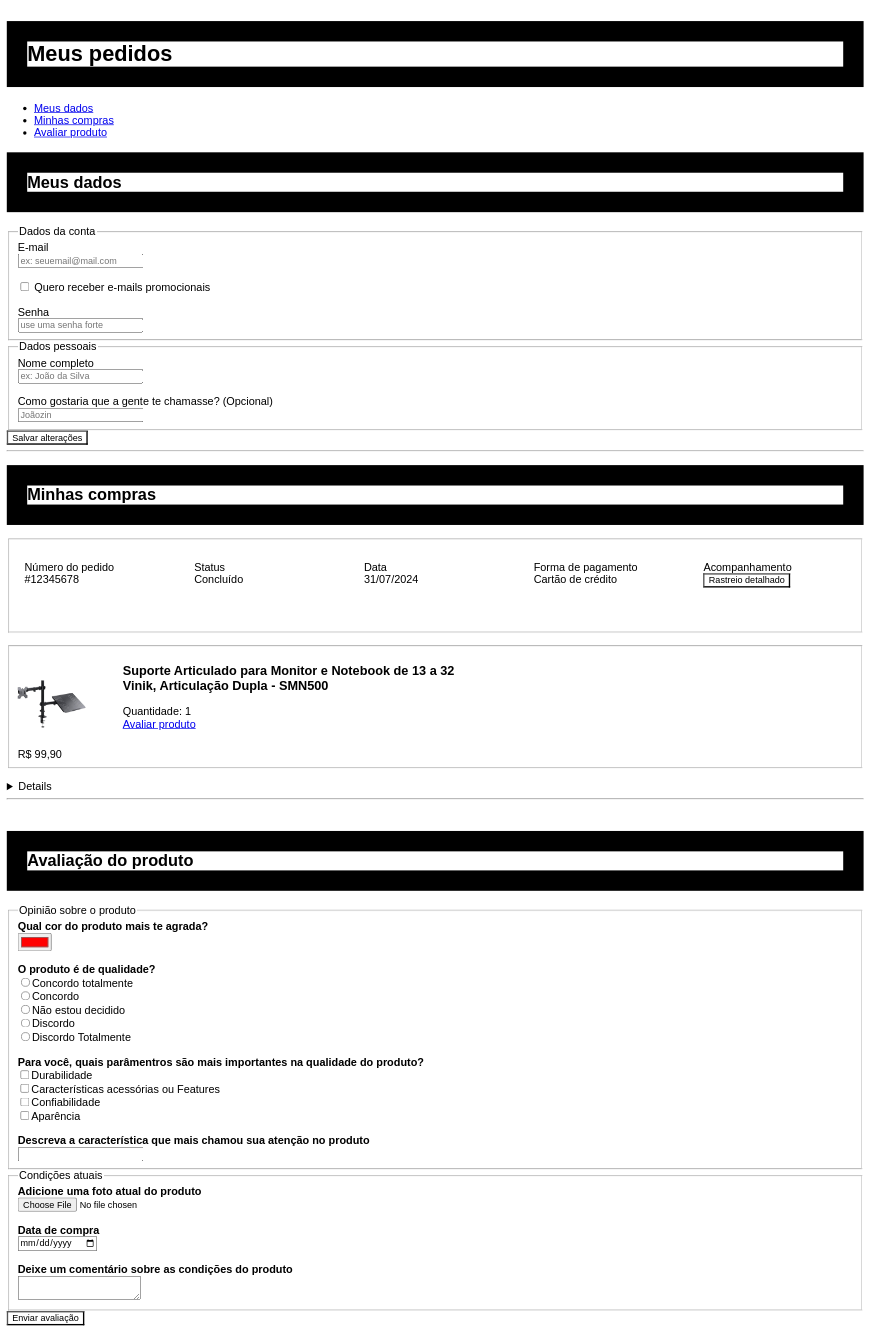
Repository: claudemir-camargo/site-compras
Page: index.html
An editor plug-in stored every save of this project. The page is shown before and after the next save, followed by the edit.
The browser window is 1280 px wide. The pictures show the whole page, at 68% of full size.

Above is the page before, as saved 2024-03-10 00:50:33.

### index.html
<!DOCTYPE html>
<html lang="en">

<head>
    <meta charset="UTF-8">
    <meta name="viewport" content="width=device-width, initial-scale=1.0">
    <link rel="stylesheet" type="text/css" href="css/style.css" />
    <title>Site de Compras</title>
</head>

<body>
    <h1>Meus pedidos</h1>
    <ul>
        <li><a href="#meus-dados">Meus dados</a></li>
        <li><a href="#minhas-compras">Minhas compras</a></li>
        <li><a href="#avaliacao-produto">Avaliar produto</a></li>
    </ul>
    <h2 id="meus-dados">Meus dados</h2>
    <!-- Conta -->
    <fieldset>
        <legend>Dados da conta</legend>
        <form>
            <label>E-mail</label><br>
            <input type="email" id="email" name="email" placeholder="ex: seuemail@mail.com"><br><br>
            <input type="checkbox">
            <label>Quero receber e-mails promocionais</label><br><br>
            <label>Senha</label><br>
            <input type="password" placeholder="use uma senha forte">
        </form>
    </fieldset>
    <!-- Pessoais -->
    <fieldset>
        <legend>Dados pessoais</legend>
        <form>
            <label>Nome completo</label><br>
            <input type="text" placeholder="ex: João da Silva"><br><br>
            <label>Como gostaria que a gente te chamasse? (Opcional) </label><br>
            <input type="text" placeholder="Joãozin">
        </form>
    </fieldset>
    <button type="button">Salvar alterações</button>
    <hr>
    <!-- Minhas compras -->
    <h2 id="minhas-compras">Minhas compras</h2>
    <fieldset>
        <div class="container">
            <div id="div1">
                <p>Número do pedido<br>#12345678</p>
            </div>
            <div id="div2">
                <p>Status<br>Concluído</p>
            </div>
            <div id="div3">
                <p>Data<br>31/07/2024</p>
            </div>
            <div id="div4">
                <p>Forma de pagamento<br>Cartão de crédito</p>
            </div>
            <div id="div5">
                <p>Acompanhamento<br><a href="#rastreioModal"><button>Rastreio detalhado</button></a></p>
            </div>
        </div>
    </fieldset>
    <div id="rastreioModal" class="modal">
        <h2>Rastreio detalhado</h2>
        <p>Seu pedido foi entregue com sucesso!<br>
            Entregue por: GFL<br>
            Código de rasteeio: 123456789<br>
            Entregue em: 31/07/2024<br>
        </p>
        <a href="#">Fechar</a>
    </div>

    <!-- Produto -->
    <br>
    <fieldset>
        <div class="container1">
            <div class="imagem"><img src="img/suporte.jpg" alt="Suporte"></div>
        <div class="produto">
            <h3>
                <p>Suporte Articulado para Monitor e Notebook de 13 a 32 Vinik,
                    Articulação Dupla - SMN500</p>
            </h3>
            Quantidade: 1<br>
            <a href="#avaliacao-produto">Avaliar produto</a><br>
        </div>
        <div class="preco">R$ 99,90</div>
        </div>
    </fieldset>
    <br>
    <details tag="Detalhes de Envio e Pagamento">
        <p></p>
        <strong>Endereço de entrega</strong><br>
        Avenida Estelita Falcão<br>
        Número 12, Centro<br>
        CEP 48170-970 - Itapetininga/São Paulo
        <br><br>
        <strong>Forma de Pagamento</strong><br>
        Cartão de crédito<br>
        Master Card **** **** **** 1234<br>
        Titular: Claudemir Camargo
        <br><br>
        <strong>Frete</strong>
        R$ 15,50<br>
        Enviado por GFL<br>
        Entregue
    </details>
    <hr>
    <br>
    <form>
        <h2 id="avaliacao-produto">Avaliação do produto</h2>
        <fieldset>
            <legend>Opinião sobre o produto</legend>
            <label><strong>Qual cor do produto mais te agrada?</strong></label><br>
            <input type="color" value="#ff0000"><br><br>
            <label><strong>O produto é de qualidade?</strong></label><br>
            <input type="radio" name="qualidade"><label>Concordo totalmente</label><br>
            <input type="radio" name="qualidade"><label>Concordo</label><br>
            <input type="radio" name="qualidade"><label>Não estou decidido</label><br>
            <input type="radio" name="qualidade"><label></label>Discordo</label><br>
            <input type="radio" name="qualidade"><label></label>Discordo Totalmente</label>
            <br><br>
            <label><strong>Para você, quais parâmentros são mais importantes na qualidade do
                    produto?</strong></label><br>
            <input type="checkbox"><label>Durabilidade</label><br>
            <input type="checkbox"><label>Características acessórias ou Features</label><br>
            <input type="checkbox"><label>Confiabilidade</label><br>
            <input type="checkbox"><label>Aparência</label>
            <br><br>
            <label><strong>Descreva a característica que mais chamou sua atenção no produto</strong></label><br>
            <input list="browsers" name="browser" id="browser">
            <datalist id="browsers">
                <option value="Cor">
                <option value="Tamanho">
                <option value="Peso">
                <option value="Material">
            </datalist>
        </fieldset>
        <fieldset>
            <legend>Condições atuais</legend>
            <label><strong>Adicione uma foto atual do produto</strong></label><br>
            <input type="file">
            <br><br>
            <label><strong>Data de compra</strong></label><br>
            <input type="date">
            <br><br>
            <label><strong>Deixe um comentário sobre as condições do produto</strong></label><br>
            <textarea name="comentario"></textarea>
        </fieldset>
        <button type="button">Enviar avaliação</button>
    </form>
</body>

</html>

### css/style.css
* {
    font-family: Arial, Helvetica, sans-serif;
}

h1, h2 {
    border: 30px solid black;
    background-color: white;
}

img {
    height: 70px;
    width: 100px;
}

body{
    margin: 5px;
    padding: 5px;
    /*background-color: green;*/
}

button {
    background-color:white;

}

.container {
    display: flex;
    gap: 20px;
}

#div1, #div2, #div3, #div4, #div5 {
    flex: 1;
    width: 100px;
    height: 100px;
    display: inline-block;
    padding: 10px;
}

.container1 {
    display: inline-block;
    /*gap: 33px;*/
}

#imagem, #produto, #preco {
    flex: 1;
    display: inline;
    padding: 10px;
}

.imagem {
    width: 150px;
    height: 100px;
    display: inline-block;
}

.produto {
    width: 500px;
    height: 100px;
    display: inline-block;
}

.modal {
    display: none;
    position: fixed;
    top: 50%;
    left: 50%;
    transform: translate(-50%, -50%);
    background-color: #f9f9f9;
    padding: 20px;
    border: 1px solid #ccc;
    box-shadow: 0 2px 10px rgba(0, 0, 0, 0.1);
    z-index: 1000;
}

.modal:target {
    display: block;
}

After the next save:
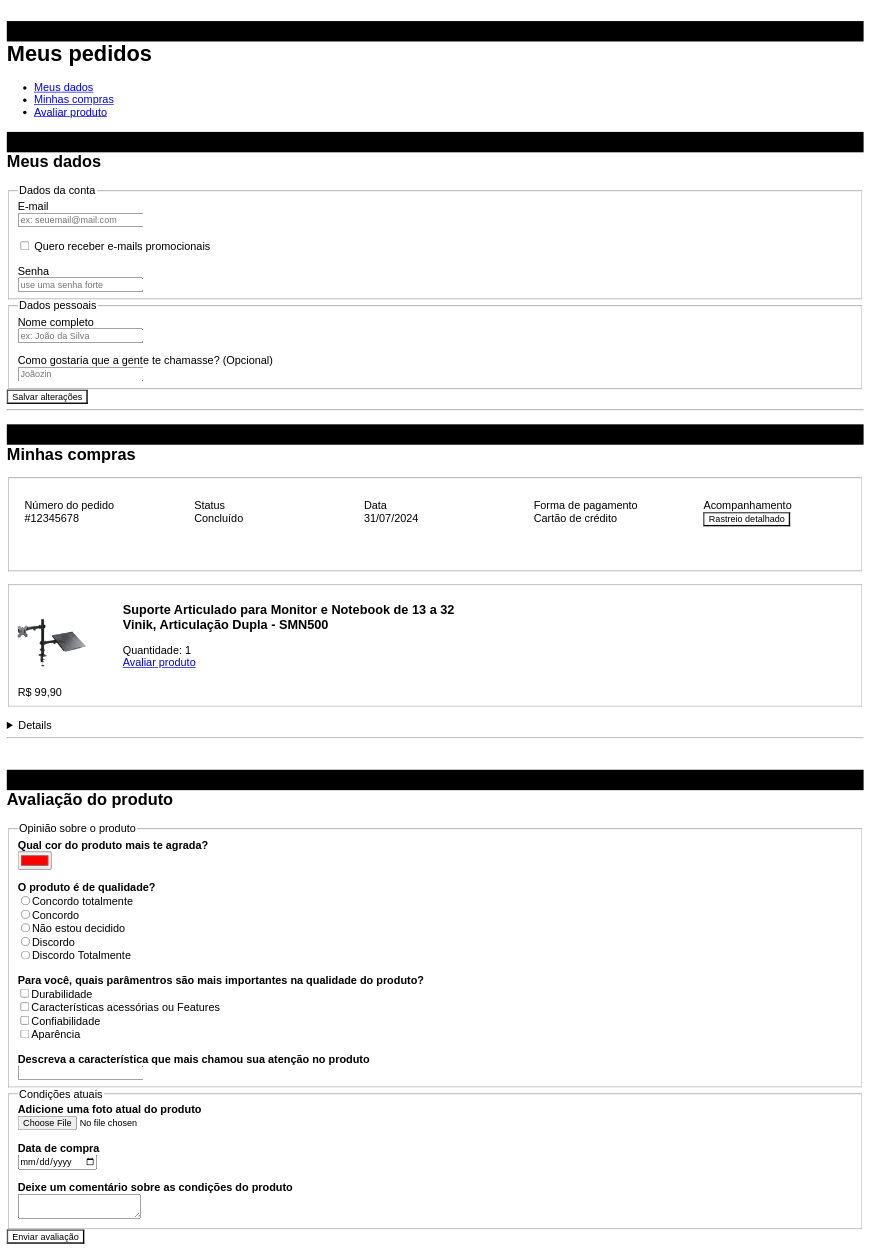
Saved 10 s later.
--- a/css/style.css
+++ b/css/style.css
@@ -3,7 +3,7 @@
 }
 
 h1, h2 {
-    border: 30px solid black;
+    border-top: 30px solid black;
     background-color: white;
 }
 
